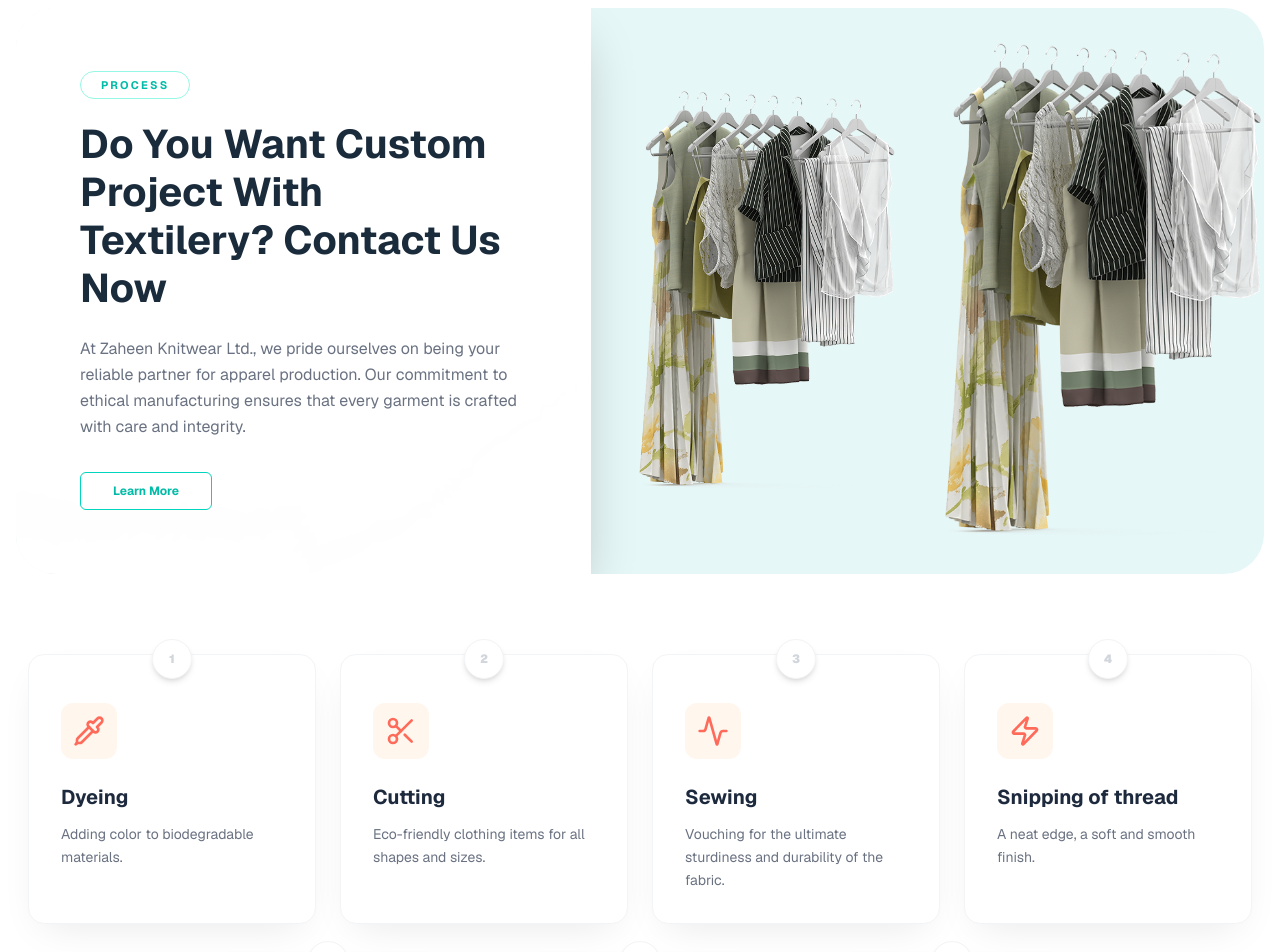
Repository: mdmuhibullahhabib/fullstack-assessment
Page: /
These files come from the project's save history. The page is drawn as it stood at one moment and after the next save; the edit follows.
The browser window is 1280 px wide. The pictures show the part of the page from y = 782 to 1734 px (the page is 3111 px tall).
The project was rebuilt for these pictures with package versions that can differ from the ones it lists, and the page was loaded fresh each time. The framework's server and built-in components were replaced by stand-ins that run in the browser. Also part of the build but not shown: next.config.mjs.

Above is the page before, as saved 2025-12-27 09:39:20.

### src/app/layout.js
import { Geist, Geist_Mono } from "next/font/google";
import "./globals.css";
import Navbar from "@/components/shared/Navbar";
import Footer from "@/components/shared/Footer";

const geistSans = Geist({
  variable: "--font-geist-sans",
  subsets: ["latin"],
});

const geistMono = Geist_Mono({
  variable: "--font-geist-mono",
  subsets: ["latin"],
});

export const metadata = {
  title: "Create Next App",
  description: "Generated by create next app",
};

export default function RootLayout({ children }) {
  return (
    <html lang="en">
      <body
        className={`${geistSans.variable} ${geistMono.variable} antialiased`}
      >
        <Navbar/>
        {children}
        <Footer/>
      </body>
    </html>
  );
}

### src/app/page.js
import Apparel from "@/components/home/Apparel";
import CustomProcess from "@/components/home/CustomProcess";
import Hero from "@/components/home/hero";
import Stats from "@/components/home/Stats";


export default function Home() {
  return (
    <>
      <Hero />
      <Stats />
      <CustomProcess />
      <Apparel />
    </>
  );
}

### src/components/shared/Navbar.jsx
"use client";

import Link from "next/link";
import { Menu, X, ShoppingCart, User } from "lucide-react";
import { useState } from "react";

export default function Navbar() {
  const [open, setOpen] = useState(false);

  return (
    <header className="w-full">
      {/* ===== Top Bar ===== */}
      <div className="bg-teal-500 text-white text-sm">
        <div className="max-w-7xl mx-auto flex justify-between items-center px-4 py-2">
          <p>📍 Kashimpur, Gazipur Sadar / Gazipur</p>
          <div className="flex items-center gap-4">
            <span>📞 +880 01713-027875</span>
            <div className="flex gap-2">
              <span>f</span>
              <span>x</span>
              <span>▶</span>
              <span>📷</span>
            </div>
          </div>
        </div>
      </div>

      {/* ===== Main Navbar ===== */}
      <div className="bg-white shadow">
        <div className="max-w-7xl mx-auto flex items-center justify-between px-4 py-4">

          {/* Logo */}
          <Link href="/" className="flex items-center gap-2">
            <div className="w-10 h-10 bg-green-500 rounded flex items-center justify-center text-white font-bold">
              Z
            </div>
            <span className="font-bold text-lg text-gray-800">
              Company
            </span>
          </Link>

          {/* Desktop Menu */}
          <nav className="hidden md:flex items-center gap-8 text-gray-700 font-medium">
            <Link href="/">Home</Link>
            <Link href="/about">About Us</Link>
            <Link href="/services">Our Services</Link>
            <Link href="/products">Our Products</Link>
            <Link href="/blogs">Blogs</Link>
          </nav>

          {/* Right Actions */}
          <div className="hidden md:flex items-center gap-4">
            <ShoppingCart className="cursor-pointer" />
            <div className="w-8 h-8 bg-red-500 rounded-full flex items-center justify-center text-white">
              M
            </div>
            <Link
              href="/contact"
              className="bg-orange-500 text-white px-4 py-2 rounded"
            >
              Contact Us
            </Link>
          </div>

          {/* Mobile Menu Button */}
          <button
            onClick={() => setOpen(!open)}
            className="md:hidden"
          >
            {open ? <X /> : <Menu />}
          </button>
        </div>

        {/* ===== Mobile Menu ===== */}
        {open && (
          <div className="md:hidden bg-white border-t">
            <nav className="flex flex-col gap-4 px-4 py-4 text-gray-700">
              <Link href="/">Home</Link>
              <Link href="/about">About Us</Link>
              <Link href="/services">Our Services</Link>
              <Link href="/products">Our Products</Link>
              <Link href="/blogs">Blogs</Link>

              <div className="flex items-center gap-4 pt-4">
                <ShoppingCart />
                <User />
                <Link
                  href="/contact"
                  className="bg-orange-500 text-white px-4 py-2 rounded"
                >
                  Contact Us
                </Link>
              </div>
            </nav>
          </div>
        )}
      </div>
    </header>
  );
}

### src/components/shared/Footer.jsx
import Image from "next/image";
import Link from "next/link";

export default function Footer() {
  return (
    <footer className="bg-[#f8f8f8] border-t">
      <div className="max-w-7xl mx-auto px-4 py-12">

        {/* ===== Top Section ===== */}
        <div className="grid grid-cols-1 md:grid-cols-4 gap-10">

          {/* Logo & Contact */}
          <div className="space-y-4">
            <div className="flex items-center gap-3">
              <Image src="/logo.png" alt="logo" width={48} height={48} />
              <Image src="/logo2.png" alt="logo2" width={48} height={48} />
            </div>

            <p className="text-sm text-gray-600 flex gap-2">
              📍 29 SE 2nd Ave, Miami, FL 33131, United States
            </p>
            <p className="text-sm text-gray-600">
              ✉ info@zaheen.com
            </p>
            <p className="text-sm font-semibold">
              📞 (+92) 3942 7879
            </p>
          </div>

          {/* Pages */}
          <div>
            <h4 className="font-semibold mb-4 uppercase text-sm">Pages</h4>
            <ul className="space-y-2 text-sm text-gray-600">
              <li><Link href="#">About Us</Link></li>
              <li><Link href="#">Our Services</Link></li>
              <li><Link href="#">Our Products</Link></li>
            </ul>
          </div>

          {/* Information */}
          <div>
            <h4 className="font-semibold mb-4 uppercase text-sm">Information</h4>
            <ul className="space-y-2 text-sm text-gray-600">
              <li><Link href="#">My Account</Link></li>
              <li><Link href="#">Corporate Enquiries</Link></li>
              <li><Link href="#">FAQs</Link></li>
            </ul>
          </div>
        </div>

        {/* ===== Payment Channels (SAME ROW STYLE) ===== */}
        <div className="mt-10">
          <h4 className="font-semibold text-sm mb-4">PAYMENT CHANNELS</h4>

          <div className="flex flex-wrap gap-3">
            {[
              "visa",
              "mastercard",
              "amex",
              "bKash",
              "nagad",
              "rocket",
              "upay",
              "tap",
              "citybank",
              "bracbank",
              "easternbank",
              "standardchartered",
            ].map((logo) => (
              <div
                key={logo}
                className="bg-white border rounded-md px-4 py-2 flex items-center justify-center"
              >
                <Image
                  src={`/payments/${logo}.png`}
                  alt={logo}
                  width={48}
                  height={28}
                  className="object-contain"
                />
              </div>
            ))}
          </div>
        </div>

        {/* ===== Bottom Bar ===== */}
        <div className="border-t mt-10 pt-6 flex flex-col md:flex-row justify-between items-center gap-4 text-sm text-gray-600">

          <p>
            Copyright ©{" "}
            <span className="text-orange-500 font-medium">
              360D Soul Limited
            </span>{" "}
            2025. All rights reserved.
          </p>

          <div className="flex gap-4 text-lg">
            <span>f</span>
            <span>x</span>
            <span>📷</span>
          </div>

          <div className="flex gap-4">
            <Link href="#">Terms & Condition</Link>
            <Link href="#">Privacy & Policy</Link>
            <Link href="#">Refund Policy</Link>
          </div>
        </div>

      </div>
    </footer>
  );
}

### src/components/home/Apparel.jsx
export default function Apparel() {
  const products = [
    {
      name: "Denim Jacket",
      price: "$10.00",
      img: "https://images.unsplash.com/photo-1520975916090-3105956dac38",
    },
    {
      name: "Hoodie",
      price: "$12.00",
      img: "https://images.unsplash.com/photo-1520974735194-6c9c0c13ed3d",
    },
    {
      name: "T-Shirt",
      price: "$8.00",
      img: "https://images.unsplash.com/photo-1583743814966-8936f5b7be1a",
    },
  ];

  return (
    <section className="bg-gray-50 py-16">
      <div className="max-w-7xl mx-auto px-4">
        <h2 className="text-2xl font-bold mb-8">Our Apparels</h2>

        <div className="grid sm:grid-cols-2 md:grid-cols-3 gap-6">
          {products.map((p, i) => (
            <div key={i} className="bg-white border rounded overflow-hidden">
              <img src={p.img} className="h-56 w-full object-cover" />
              <div className="p-4">
                <h3 className="font-semibold">{p.name}</h3>
                <p className="text-sm text-gray-600">{p.price}</p>
                <button className="mt-3 w-full bg-teal-500 text-white py-2 rounded">
                  Add to Cart
                </button>
              </div>
            </div>
          ))}
        </div>
      </div>
    </section>
  );
}

### src/components/home/CustomProcess.jsx
"use client"
import Image from "next/image";
import { Scissors, Pipette, Zap, Activity, Repeat, ClipboardCheck, Box } from "lucide-react";
import bgImage from "../../../public/home/ProcessImage-1.png";
import rightImage from "../../../public/home/ProcessImage-2.png";

export default function CustomProcess() {
    const steps = [
        { number: 1, title: "Dyeing", desc: "Adding color to biodegradable materials.", icon: <Pipette className="w-8 h-8 text-[#FF6B5B]" /> },
        { number: 2, title: "Cutting", desc: "Eco-friendly clothing items for all shapes and sizes.", icon: <Scissors className="w-8 h-8 text-[#FF6B5B]" /> },
        { number: 3, title: "Sewing", desc: "Vouching for the ultimate sturdiness and durability of the fabric.", icon: <Activity className="w-8 h-8 text-[#FF6B5B]" /> },
        { number: 4, title: "Snipping of thread", desc: "A neat edge, a soft and smooth finish.", icon: <Zap className="w-8 h-8 text-[#FF6B5B]" /> },
        { number: 5, title: "Ironing", desc: "Ironing it before shipping.", icon: <Repeat className="w-8 h-8 text-[#FF6B5B]" /> },
        { number: 6, title: "Checking", desc: "Going through each clothing piece to ensure supreme quality standards are met.", icon: <ClipboardCheck className="w-8 h-8 text-[#FF6B5B]" /> },
        { number: 7, title: "Package", desc: "Folding and packing with the utmost care.", icon: <Box className="w-8 h-8 text-[#FF6B5B]" /> },
    ];

    return (
        <section className="bg-white py-20 px-4 font-sans">
            <div className="max-w-7xl mx-auto">

                {/* ===== TOP SECTION ===== */}
                <div className="relative bg-[#E6F7F8] rounded-[40px] overflow-hidden flex flex-col md:flex-row items-stretch mb-20 min-h-[450px]">

                    {/* Left Content Box (White with bgImage and Torn Edge) */}
                    <div
                        className="relative z-20 w-full md:w-[60%] p-10 md:p-16 flex flex-col justify-center items-start md:clip-path-torn shadow-2xl"
                        style={{
                            backgroundImage: `linear-gradient(to right, rgba(255,255,255,0.92), rgba(255,255,255,0.85)), url(${bgImage.src})`,
                            backgroundSize: 'cover',
                            backgroundPosition: 'center',
                            backgroundColor: 'white'
                        }}
                    >
                        <div className="mb-6">
                            <span className="px-5 py-1.5 rounded-full border border-teal-200 text-teal-500 text-[11px] font-bold uppercase tracking-[0.2em]">
                                Process
                            </span>
                        </div>

                        <h2 className="text-3xl md:text-[40px] font-bold text-[#1a2b3c] leading-[1.2] mb-6">
                            Do You Want Custom Project With <br className="hidden lg:block" /> Textilery? Contact Us Now
                        </h2>

                        <p className="text-gray-500 text-sm md:text-base leading-relaxed max-w-lg mb-8">
                            At Zaheen Knitwear Ltd., we pride ourselves on being your reliable partner for
                            apparel production. Our commitment to ethical manufacturing ensures that
                            every garment is crafted with care and integrity.
                        </p>

                        <button className="border-[1.5px] border-teal-400 text-teal-500 px-8 py-2.5 rounded-md font-bold text-xs hover:bg-teal-500 hover:text-white transition-all">
                            Learn More
                        </button>
                    </div>

                    {/* Right Content (Image of hanging clothes) */}
                    <div className="w-full md:w-[40%] relative flex items-center justify-center py-10">
                        <div className="relative w-[85%] h-[400px]">
                            <Image
                                src={rightImage}
                                alt="Clothing Preview"
                                fill
                                className="object-contain"
                                priority
                            />
                        </div>
                    </div>

                    {/* ===== RIGHT SIDE IMAGE ===== */}
                    <div className="w-full md:w-[35%] flex items-center justify-center p-6 md:p-0">
                        <div className="relative w-full h-[320px] md:h-[450px] md:scale-110">
                            <Image
                                src={rightImage}
                                alt="Garments on hangers"
                                fill
                                className="object-contain"
                                priority
                            />
                        </div>
                    </div>
                </div>

                {/* ===== PROCESS STEPS GRID ===== */}
                <div className="flex flex-wrap justify-center gap-6">
                    {steps.map((step, index) => (
                        <div
                            key={step.number}
                            className={`
                relative bg-white p-8 pt-12 rounded-2xl shadow-[0_15px_40px_-15px_rgba(0,0,0,0.1)]
                border border-gray-100 flex flex-col items-start transition-all hover:-translate-y-2
                w-full sm:w-[calc(50%-1.5rem)] lg:w-[calc(25%-1.5rem)]
                ${index >= 4 ? 'lg:translate-y-2' : ''}
              `}
                        >
                            {/* Step Number Circle */}
                            <div className="absolute -top-4 left-1/2 -translate-x-1/2 w-10 h-10 bg-white border border-gray-100 shadow-md rounded-full flex items-center justify-center text-xs font-black text-gray-300">
                                {step.number}
                            </div>

                            <div className="mb-6 bg-orange-50 p-3 rounded-xl">
                                {step.icon}
                            </div>

                            <h3 className="text-xl font-bold text-slate-800 mb-3">
                                {step.title}
                            </h3>
                            <p className="text-[14px] text-gray-500 leading-relaxed">
                                {step.desc}
                            </p>
                        </div>
                    ))}
                </div>

            </div>
        </section>
    );
}

### src/components/home/hero.jsx
export default function Hero() {
  return (
    <section className="relative bg-black text-white">
      <img
        src="https://images.unsplash.com/photo-1520975916090-3105956dac38"
        className="absolute inset-0 w-full h-full object-cover opacity-40"
      />

      <div className="relative max-w-7xl mx-auto px-4 py-28 grid md:grid-cols-2 gap-10">
        <div>
          <p className="text-sm uppercase mb-3 text-teal-400">
            Textile & Garments
          </p>
          <h1 className="text-4xl md:text-5xl font-bold mb-5">
            High-Quality Garments. <br /> Ethically Made.
          </h1>
          <p className="text-gray-300 mb-6">
            We manufacture premium garments using ethical and sustainable
            practices.
          </p>

          <div className="flex gap-4">
            <button className="bg-orange-500 px-6 py-3 rounded">
              Explore
            </button>
            <button className="border px-6 py-3 rounded">
              Contact Us
            </button>
          </div>
        </div>
      </div>
    </section>
  );
}

### src/components/home/Stats.jsx
export default function Stats() {
  const stats = [
    { title: "Quality Product", value: "100%" },
    { title: "Project Overview", value: "35 Million" },
  ];

  return (
    <section className="bg-teal-500 text-white">
      <div className="max-w-7xl mx-auto px-4 py-10 grid grid-cols-2 md:grid-cols-4 gap-6 text-center">
        {stats.map((s, i) => (
          <div key={i}>
            <h3 className="text-2xl font-bold">{s.value}</h3>
            <p className="text-sm">{s.title}</p>
          </div>
        ))}
      </div>
    </section>
  );
}

Loaded but not shown: src/app/globals.css (common file)

After the next save:
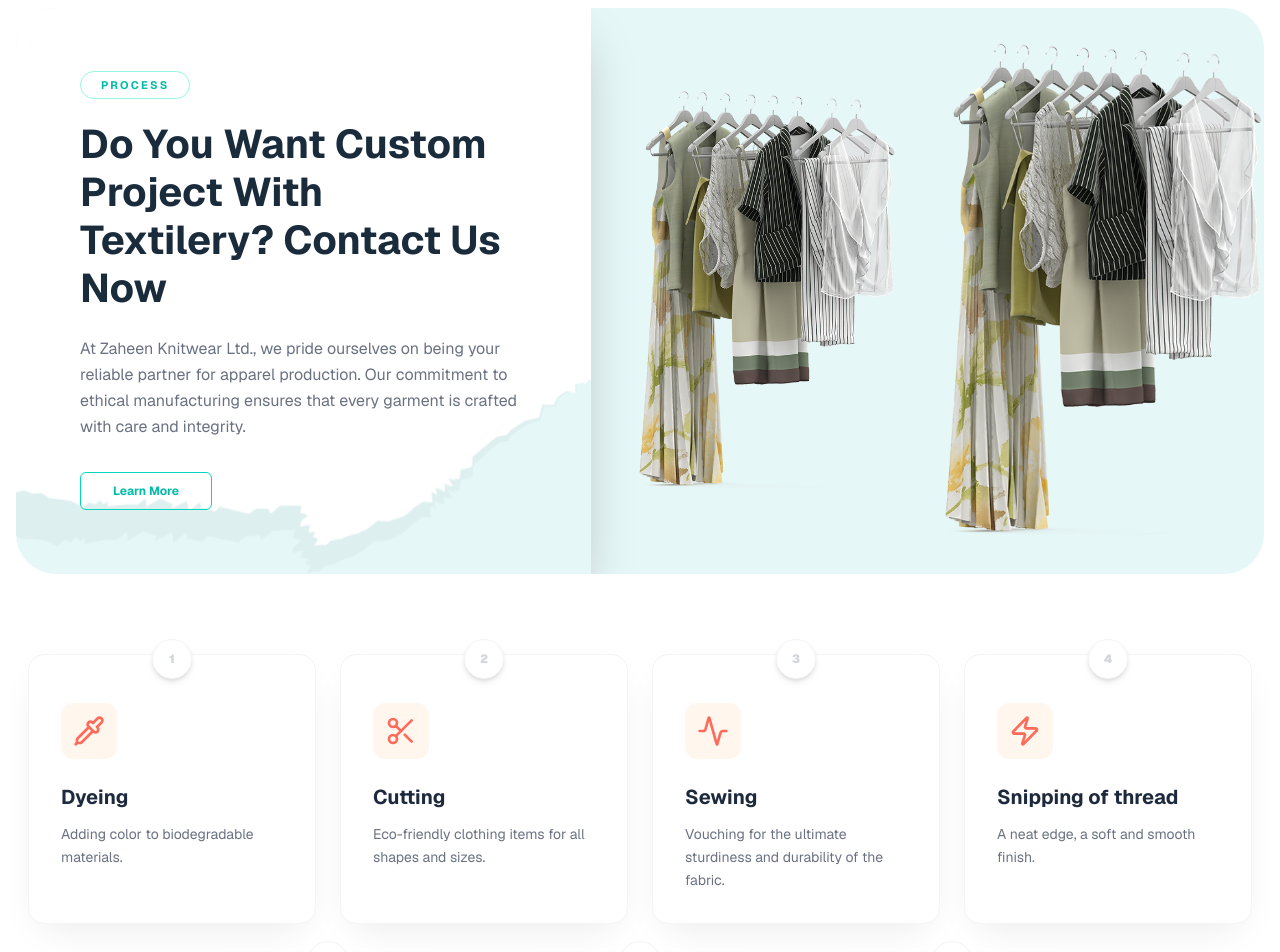
Saved 40 s later.
--- a/src/components/home/CustomProcess.jsx
+++ b/src/components/home/CustomProcess.jsx
@@ -26,10 +26,9 @@
                     <div
                         className="relative z-20 w-full md:w-[60%] p-10 md:p-16 flex flex-col justify-center items-start md:clip-path-torn shadow-2xl"
                         style={{
-                            backgroundImage: `linear-gradient(to right, rgba(255,255,255,0.92), rgba(255,255,255,0.85)), url(${bgImage.src})`,
-                            backgroundSize: 'cover',
-                            backgroundPosition: 'center',
-                            backgroundColor: 'white'
+       backgroundImage: `url(${bgImage.src})`,
+      backgroundSize: "cover",
+      backgroundPosition: "center",
                         }}
                     >
                         <div className="mb-6">
